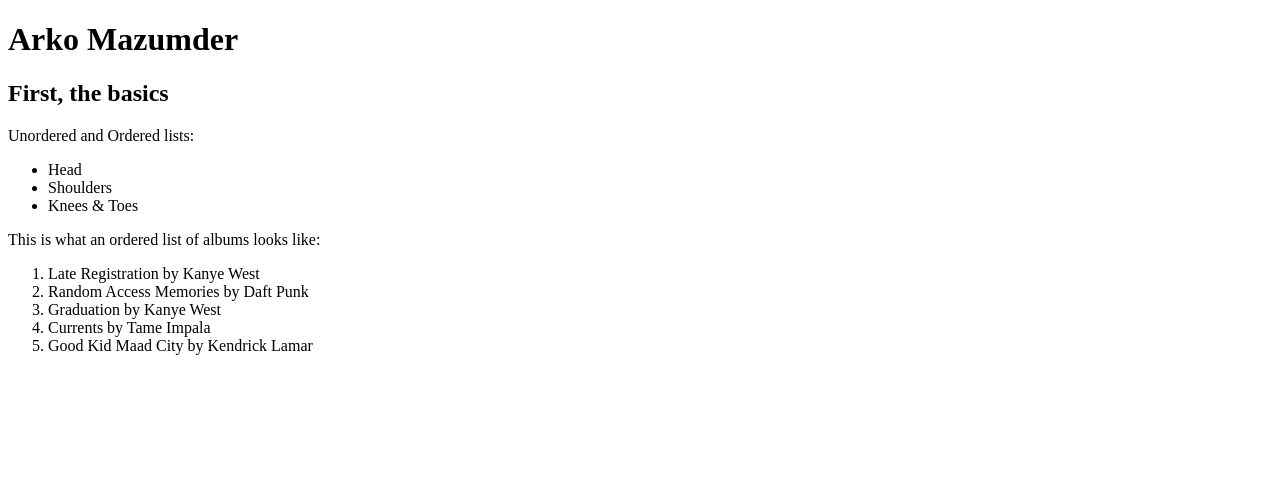
Repository: arkomz/INST377-Lab-Work
Page: client/lab_1/index.html
These files come from the project's save history. The page is drawn as it stood at one moment and after the next save; the edit follows.
The browser window is 1280 px wide. The pictures show the whole page.

Above is the page before, as saved 2021-09-03 18:36:36.

### client/lab_1/index.html
<!DOCTYPE html>
<html scroll=yes>

<head>
    <title>Arko Mazumder</title>
</head>
<body>
    <h1>Arko Mazumder</h1>

    <h2>First, the basics</h2>
    <p>Unordered and Ordered lists:</p>

    <ul>
        <li>Head</li>
        <li>Shoulders</li>
        <li>Knees & Toes</li>
      </ul>

      <p>This is what an ordered list of albums looks like:</p>

      <ol>
        <li>Late Registration by Kanye West</li>
        <li>Random Access Memories by Daft Punk</li>
        <li>Graduation by Kanye West</li>
        <li>Currents by Tame Impala</li>
        <li>Good Kid Maad City by Kendrick Lamar</li>
      </ol>

  </body>
</html>

After the next save:
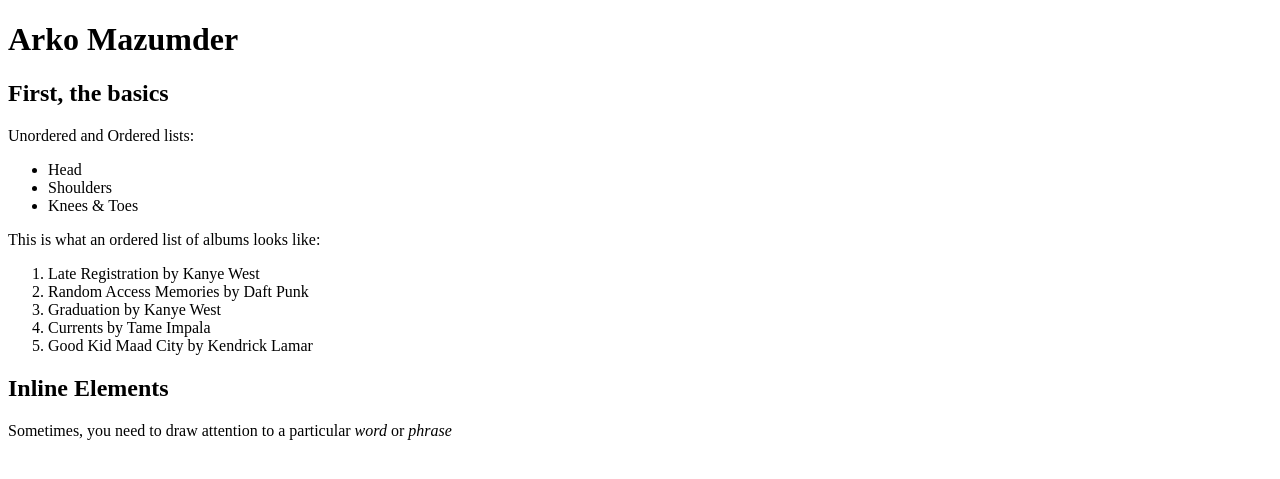
Saved 5 min 43 s later.
--- a/client/lab_1/index.html
+++ b/client/lab_1/index.html
@@ -26,5 +26,10 @@
         <li>Good Kid Maad City by Kendrick Lamar</li>
       </ol>
 
+      <h2>Inline Elements</h2>
+
+    <p>Sometimes, you need to draw attention to a particular <em>word</em> or
+        <em>phrase</em></p>
+
   </body>
 </html>
